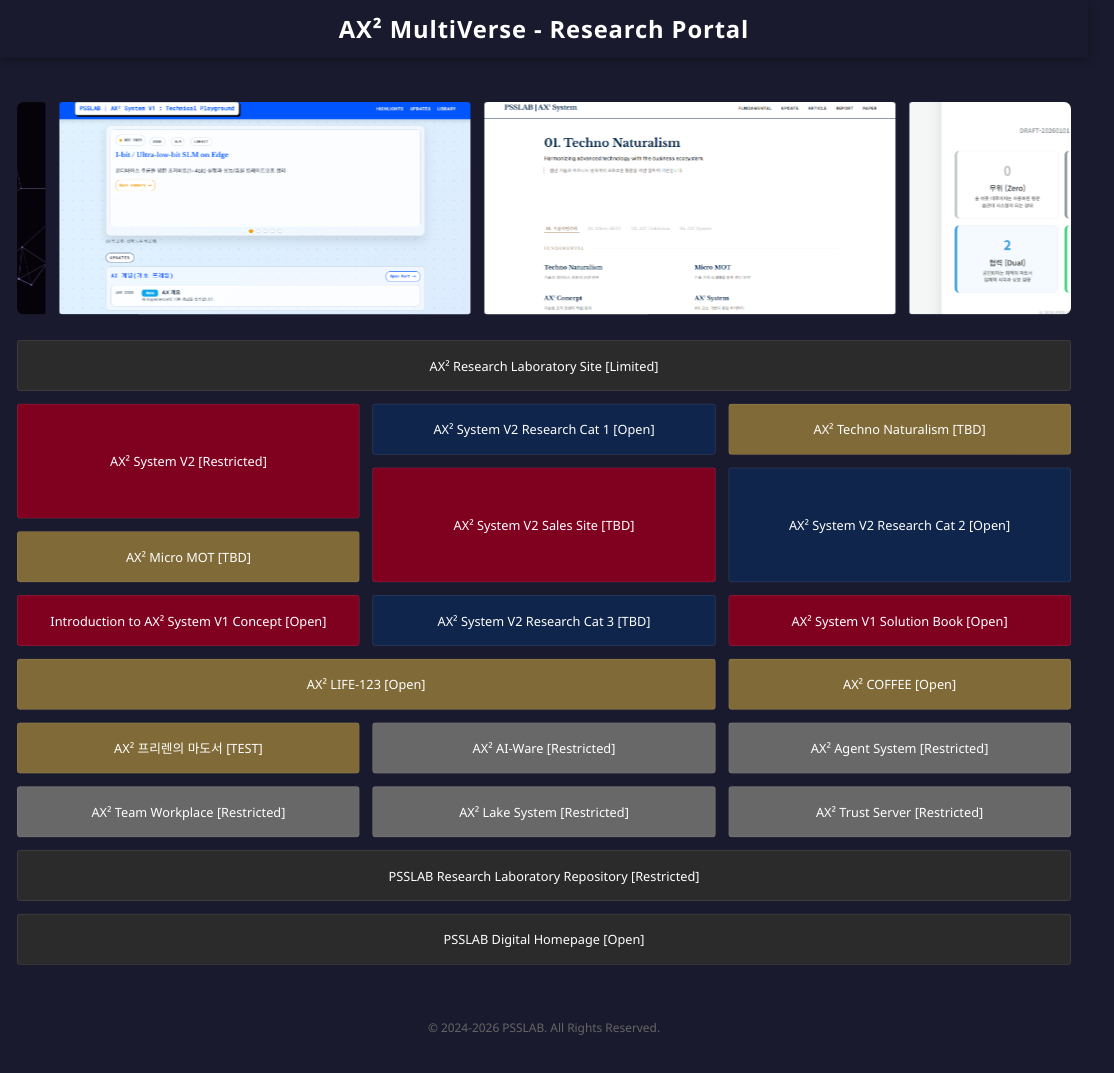
Repository: hycse89/PSSLAB_OpenSite
Page: psslab_multiverse_v3.html
These files come from the project's save history. The page is drawn as it stood at one moment and after the next save; the edit follows.
The browser window is 1280 px wide. The page is 1310 px wide, so the pictures cover 1310 px, including what lies to the right of the window. The pictures show the whole page, at 85% of full size.

Above is the page before, as saved 2026-01-11 21:55:46.

### psslab_multiverse_v3.html
<!DOCTYPE html>
<html lang="en">
<head>
    <meta charset="UTF-8">
    <meta name="viewport" content="width=device-width, initial-scale=1.0">
    <title>PSSLAB MultiVerse Campus - Mondrian Edition</title>

    <link rel="icon" type="image/png" href="favicon.png">

    <style>
        /* General Page Styles */
        body {
            margin: 0;
            background-color: #1a1a2e;
            font-family: 'Segoe UI', Arial, sans-serif;
            display: flex;
            flex-direction: column;
            align-items: center;
            min-height: 100vh;
            color: #ffffff;
        }

        /* Fixed Header */
        .header {
            position: fixed;
            top: 0;
            left: 0;
            width: 100%;
            background-color: #1a1a2e;
            color: #ffffff;
            z-index: 1000;
            padding: 15px 0;
            box-shadow: 0 2px 10px rgba(0,0,0,0.3);
        }

        .header h1 {
            font-size: 28px;
            margin: 0;
            text-align: center;
            letter-spacing: 1px;
        }

        /* Main content container */
        .main-content {
            margin-top: 100px;
            width: 100%;
            max-width: 1400px;
            display: flex;
            flex-direction: column;
            align-items: center;
            padding: 20px;
            box-sizing: border-box;
        }

        /* Image Slider Container */
        .slider-container {
            width: 100%;
            overflow: hidden;
            margin-bottom: 30px;
            border-radius: 8px;
        }

        .slider-wrapper {
            display: flex;
            width: calc(500px * 13);
            animation: scroll 60s linear infinite;
        }

        .slider-image {
            width: 500px;
            height: 250px;
            flex-shrink: 0;
            padding: 0 8px;
            box-sizing: border-box;
        }

        .slider-image img {
            width: 100%;
            height: 100%;
            object-fit: cover;
            border-radius: 4px;
        }

        @keyframes scroll {
            0% { transform: translateX(0); }
            100% { transform: translateX(calc(-500px * 11)); }
        }

        /* --- Mondrian Grid Layout System --- */
        .link-container {
            display: grid;
            /* 최소 너비 350px 확보 */
            grid-template-columns: repeat(auto-fill, minmax(350px, 1fr));
            /* 60px 단위의 눈금 설정 */
            grid-auto-rows: 60px;
            gap: 15px;
            width: 100%;
            /* 빈 공간을 최적으로 메워주는 설정 */
            grid-auto-flow: dense;
        }

        /* Link Button Base Style */
        .link-button {
            display: flex;
            align-items: center;
            justify-content: center;
            padding: 20px;
            font-size: 15px;
            color: white;
            text-decoration: none;
            border-radius: 4px;
            transition: all 0.3s cubic-bezier(0.25, 0.8, 0.25, 1);
            text-align: center;
            box-sizing: border-box;
            line-height: 1.4;
            border: 1px solid rgba(255,255,255,0.1);
        }

        .link-button:hover {
            transform: scale(1.01);
            filter: brightness(1.2);
            box-shadow: 0 5px 15px rgba(0,0,0,0.3);
            z-index: 2;
        }

        /* --- Mondrian Size Classes (Proportional) --- */
        /* 가로 비중 */
        .w-1 { grid-column: span 1; }
        .w-2 { grid-column: span 2; }
        .w-3 { grid-column: span 3; }

        /* 세로 비중 (60px의 배수) */
        .h-1 { grid-row: span 1; } /* 120px + gap */
        .h-2 { grid-row: span 2; } /* 240px + gap */
        .h-3 { grid-row: span 3; } /* 360px + gap */

        /* 특수 크기: 제목 강조형 */
        .size-hero { grid-column: span 2; grid-row: span 4; font-size: 1.2rem; font-weight: bold; }

        /* Button Colors */
        .color-1 { background-color: #0F254B; }
        .color-2 { background-color: #800020; }
        .color-3 { background-color: #806a37; }
        .color-4 { background-color: #2b2b2b; }
        .color-5 { background-color: #686868; }

        footer {
            width: 100%;
            padding: 30px;
            text-align: center;
            background-color: #1a1a2e;
            color: #666;
            font-size: 14px;
        }

        /* Responsive */
        @media (max-width: 768px) {
            .link-container { grid-template-columns: 1fr; }
            .w-2, .h-2, .h-3, .size-hero { grid-column: span 1; grid-row: span 2; }
        }
    </style>
</head>
<body>

    <header class="header">
        <h1>AX² MultiVerse - Research Portal</h1>
    </header>

    <main class="main-content">
        <div class="slider-container">
            <div class="slider-wrapper">
                <div class="slider-image"><img src="./images/Image2.png" alt="2"></div>
                <div class="slider-image"><img src="./images/Image21.png" alt="21"></div>
                <div class="slider-image"><img src="./images/Image22.png" alt="22"></div>
                <div class="slider-image"><img src="./images/Image31.png" alt="31"></div>
                <div class="slider-image"><img src="./images/Image32.png" alt="32"></div>
                <div class="slider-image"><img src="./images/Image11.png" alt="11"></div>
                <div class="slider-image"><img src="./images/Image3.png" alt="3"></div>
                <div class="slider-image"><img src="./images/Image4.png" alt="4"></div>
                <div class="slider-image"><img src="./images/Image5.png" alt="5"></div>
                <div class="slider-image"><img src="./images/Image1.png" alt="1"></div>
                <div class="slider-image"><img src="./images/Image2.png" alt="2"></div>
            </div>
        </div>

        <div class="link-container">
            <a href="https://hycse89.github.io/PSSLAB_OpenSite/ax2_research_lab/" class="link-button color-4 w-3 h-1">AX² Research Laboratory Site [Limited]</a>

            <a href="http://localhost:8008" class="link-button color-2 h-2">AX² System V2 [Restricted]</a>
            <a href="ax2_v1_20260101/index.html" class="link-button color-1 h-1">AX² System V2 Research Cat 1 [Open]</a>
            <a href="http://localhost:8001/utils/markdown_viewer.html?file=/ax_research/doc/doc_ax_techno_naturalism_v5.md" class="link-button color-3 h-1">AX² Techno Naturalism [TBD]</a>

            <a href="ax2_sales/index.html" class="link-button color-2 w-1 h-2">AX² System V2 Sales Site [TBD]</a>
            <a href="ax2_v2_20260101/index.html" class="link-button color-1 h-2">AX² System V2 Research Cat 2 [Open]</a>
            <a href="http://localhost:8001/utils/markdown_viewer.html?file=/ax_research/doc/doc_ax_micro_mot_v2.md" class="link-button color-3 h-1">AX² Micro MOT [TBD]</a>

            <a href="ax2_v1_concept/ax2_homepage.html" class="link-button color-2 h-1">Introduction to AX² System V1 Concept [Open]</a>
            <a href="ax2_v3_20260101/index.html" class="link-button color-1 h-1">AX² System V2 Research Cat 3 [TBD]</a>

            <a href="ax2_v1_concept/solution_book/index.html" class="link-button color-2 h-1">AX² System V1 Solution Book [Open]</a>

            <a href="http://localhost:8001/ax_site/ax2_life_123/index.html" class="link-button color-3 w-2 h-1">AX² LIFE-123 [Open]</a>
            <a href="http://localhost:8001/ax_site/ax2_coffee/index.html" class="link-button color-3 h-1">AX² COFFEE [Open]</a>
            <a href="http://localhost:8001/ax_site/ax2_frieren/index.html" class="link-button color-3 h-1">AX² 프리렌의 마도서 [TEST]</a>

            <a href="http://localhost:8002" class="link-button color-5 w-1 h-1">AX² AI-Ware [Restricted]</a>
            <a href="http://localhost:8003" class="link-button color-5 w-1 h-1">AX² Agent System [Restricted]</a>
            <a href="http://localhost:8007" class="link-button color-5 w-1 h-1">AX² Team Workplace [Restricted]</a>
            <a href="http://localhost:8004" class="link-button color-5 w-1 h-1">AX² Lake System [Restricted]</a>
            <a href="http://localhost:8005" class="link-button color-5 w-1 h-1">AX² Trust Server [Restricted]</a>

            <a href="https://github.com/hycse89" class="link-button color-4 w-3 h-1">PSSLAB Research Laboratory Repository [Restricted]</a>
            <a href="http://www.psslab.co.kr" class="link-button color-4 w-3 h-1">PSSLAB Digital Homepage [Open]</a>
        </div>
    </main>

    <footer>
        <p>&copy; 2024-2026 PSSLAB. All Rights Reserved.</p>
    </footer>

</body>
</html>

After the next save:
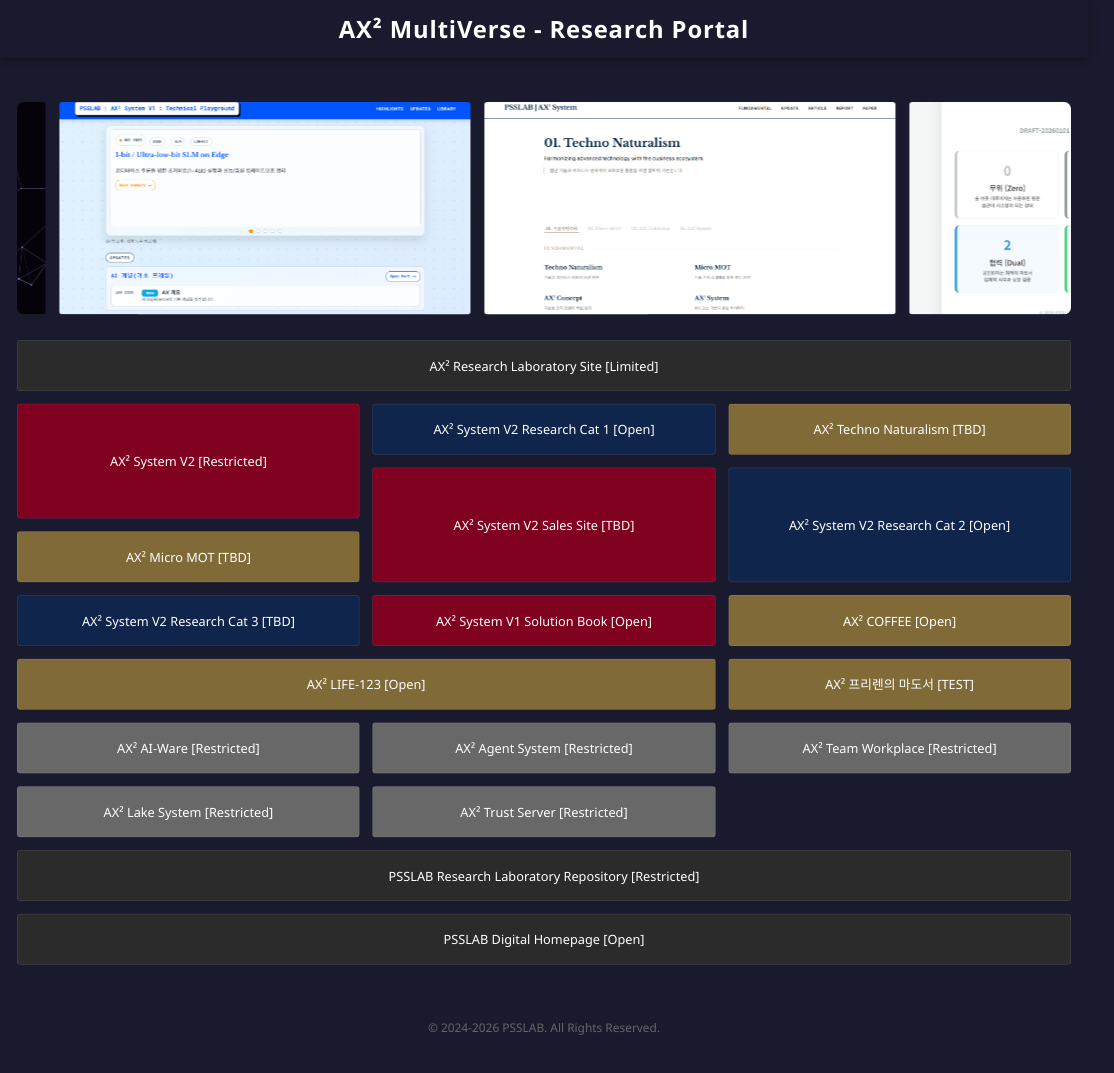
Saved 9 s later.
--- a/psslab_multiverse_v3.html
+++ b/psslab_multiverse_v3.html
@@ -194,7 +194,7 @@
             <a href="ax2_v2_20260101/index.html" class="link-button color-1 h-2">AX² System V2 Research Cat 2 [Open]</a>
             <a href="http://localhost:8001/utils/markdown_viewer.html?file=/ax_research/doc/doc_ax_micro_mot_v2.md" class="link-button color-3 h-1">AX² Micro MOT [TBD]</a>
 
-            <a href="ax2_v1_concept/ax2_homepage.html" class="link-button color-2 h-1">Introduction to AX² System V1 Concept [Open]</a>
+
             <a href="ax2_v3_20260101/index.html" class="link-button color-1 h-1">AX² System V2 Research Cat 3 [TBD]</a>
 
             <a href="ax2_v1_concept/solution_book/index.html" class="link-button color-2 h-1">AX² System V1 Solution Book [Open]</a>
